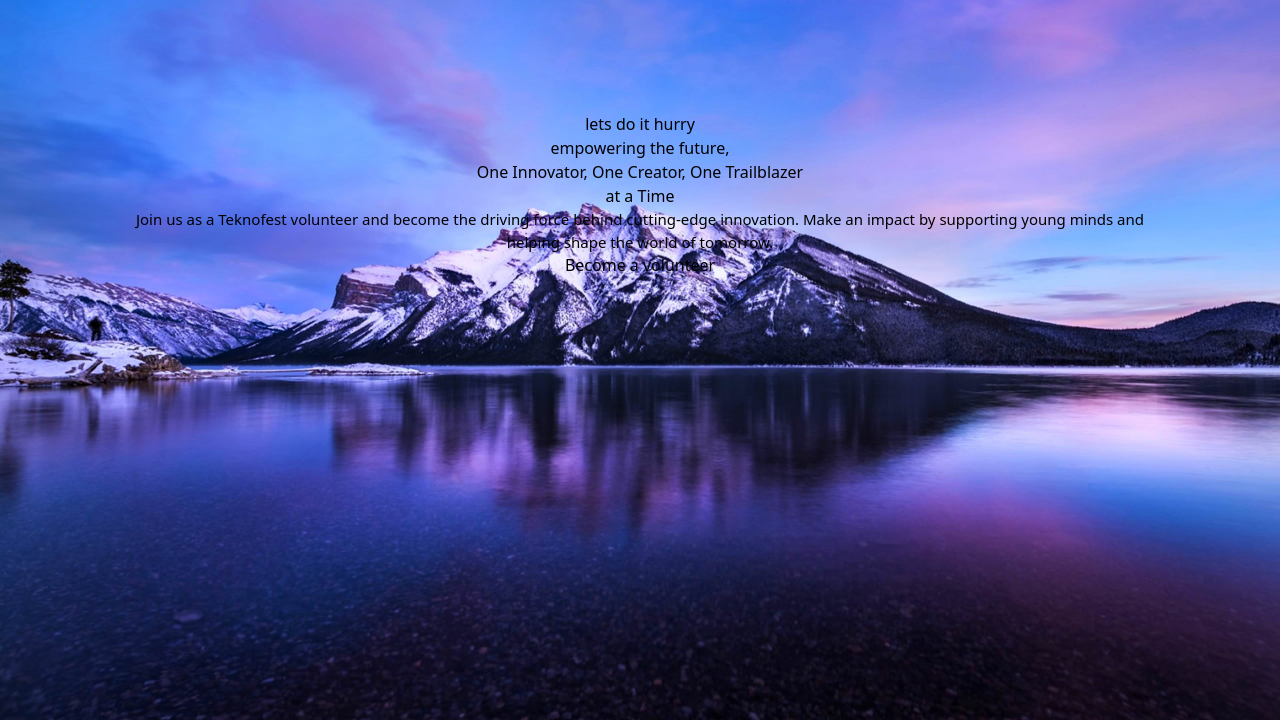
Repository: ManaheelJamil/TechnoFest-competetion
Page: /
An editor plug-in stored every save of this project. The page is shown before and after the next save, followed by the edit.
The browser window is 1280 px wide. The pictures show the whole page.
The project was rebuilt for these pictures with package versions that can differ from the ones it lists, and the page was loaded fresh each time. The framework's server and built-in components were replaced by stand-ins that run in the browser. Also part of the build but not shown: next.config.mjs.

Above is the page before, as saved 2024-10-13 13:17:07.

After the next save:
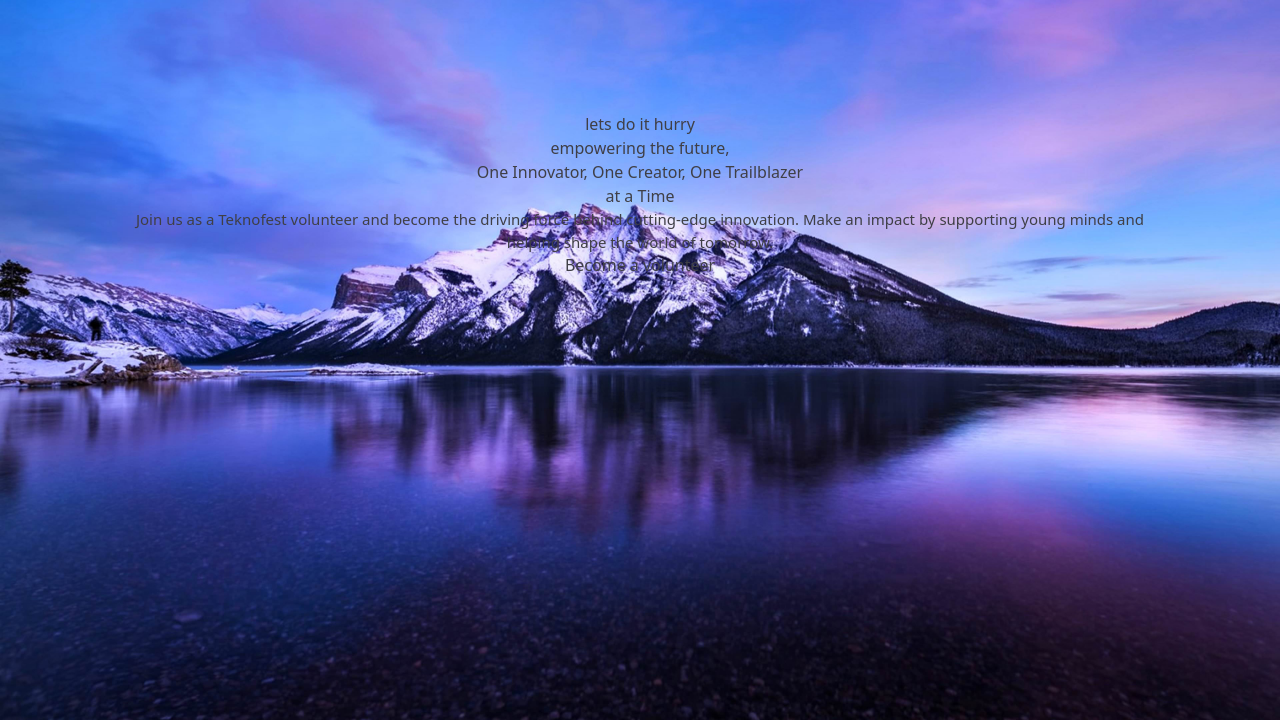
Saved 14 s later.
--- a/app/compoenent/irtizatask.js
+++ b/app/compoenent/irtizatask.js
@@ -4,7 +4,7 @@
   return (
     <div className='flex justify-center  w-full h-100vh banner' >
 
-        <div className='flex flex-col justify-items-center text-c text-center items-center m-28'  >
+        <div className='flex flex-col justify-items-center text-zinc-700 text-center items-center m-28'  >
         <p className=''>
             lets do it hurry
         </p>

After the save that followed:
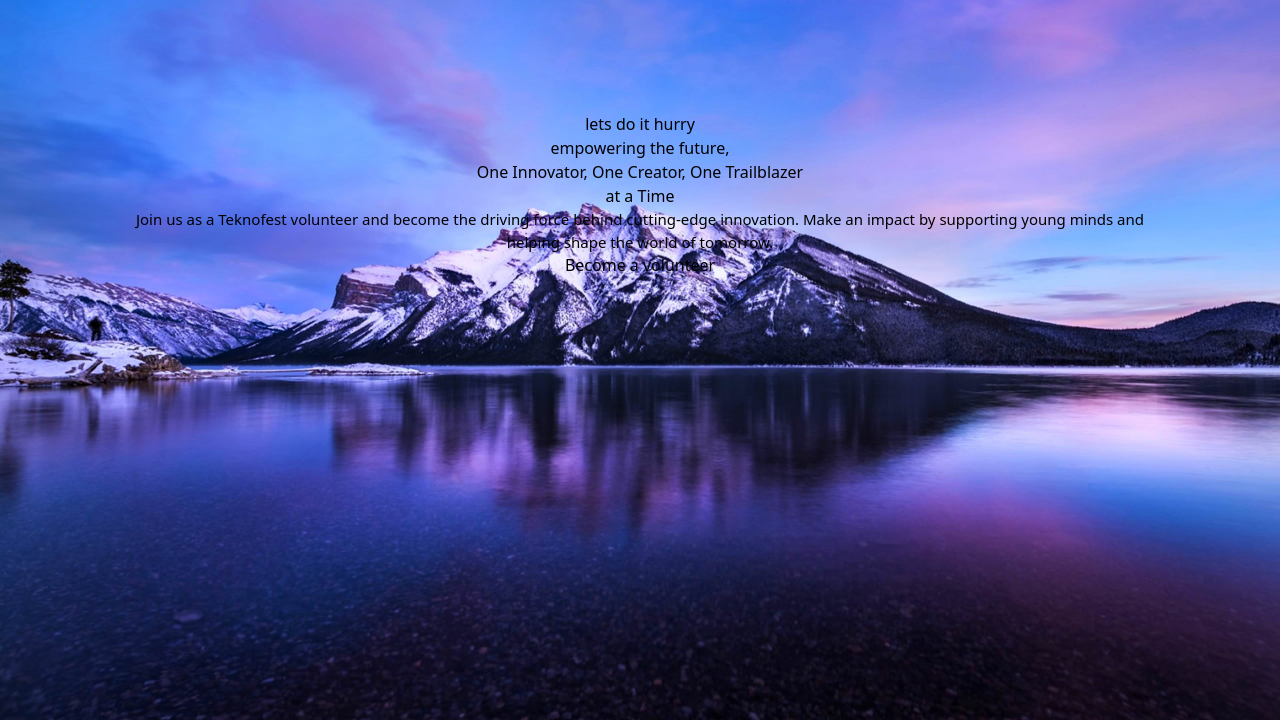
Saved 12 s later.
--- a/app/compoenent/irtizatask.js
+++ b/app/compoenent/irtizatask.js
@@ -4,7 +4,7 @@
   return (
     <div className='flex justify-center  w-full h-100vh banner' >
 
-        <div className='flex flex-col justify-items-center text-zinc-700 text-center items-center m-28'  >
+        <div className='flex flex-col justify-items-center text- text-center items-center m-28'  >
         <p className=''>
             lets do it hurry
         </p>
